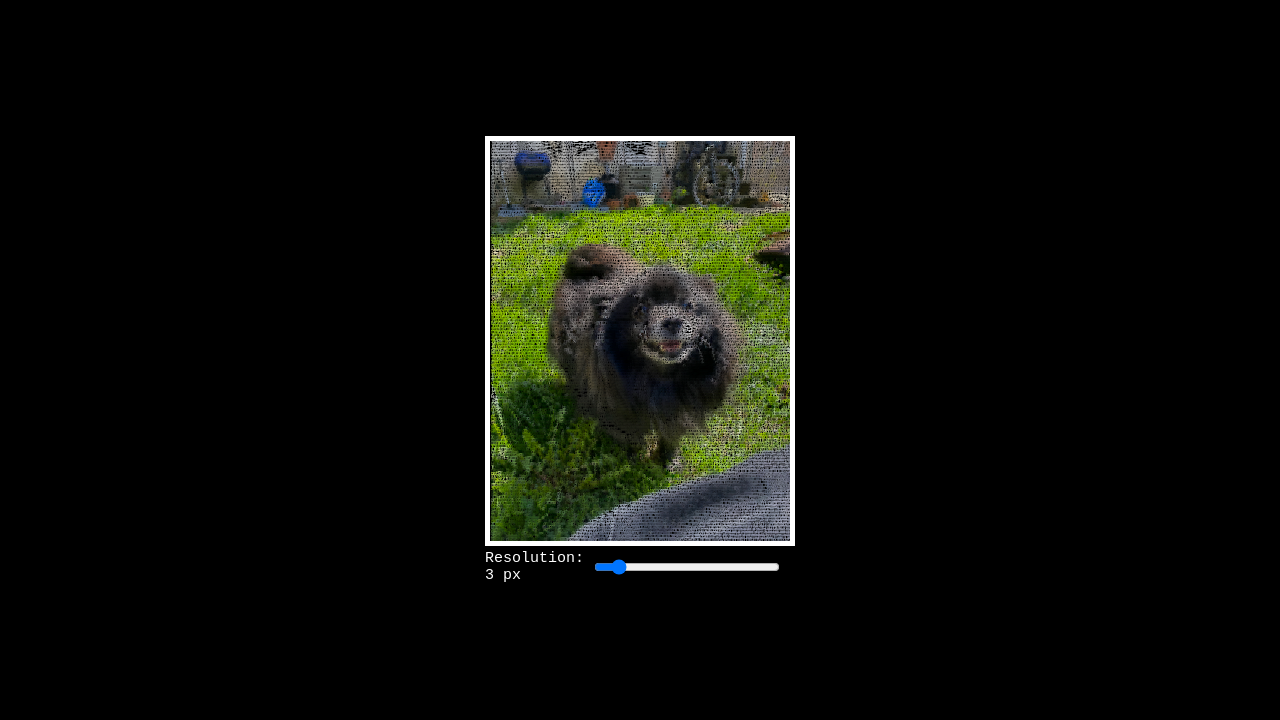
Repository: rosieomusic/ascii-art
Page: index.html
These files come from the project's save history. The page is drawn as it stood at one moment and after the next save; the edit follows.
The browser window is 1280 px wide. The pictures show the whole page.

Above is the page before, as saved 2025-04-16 19:03:50.

After the next save:
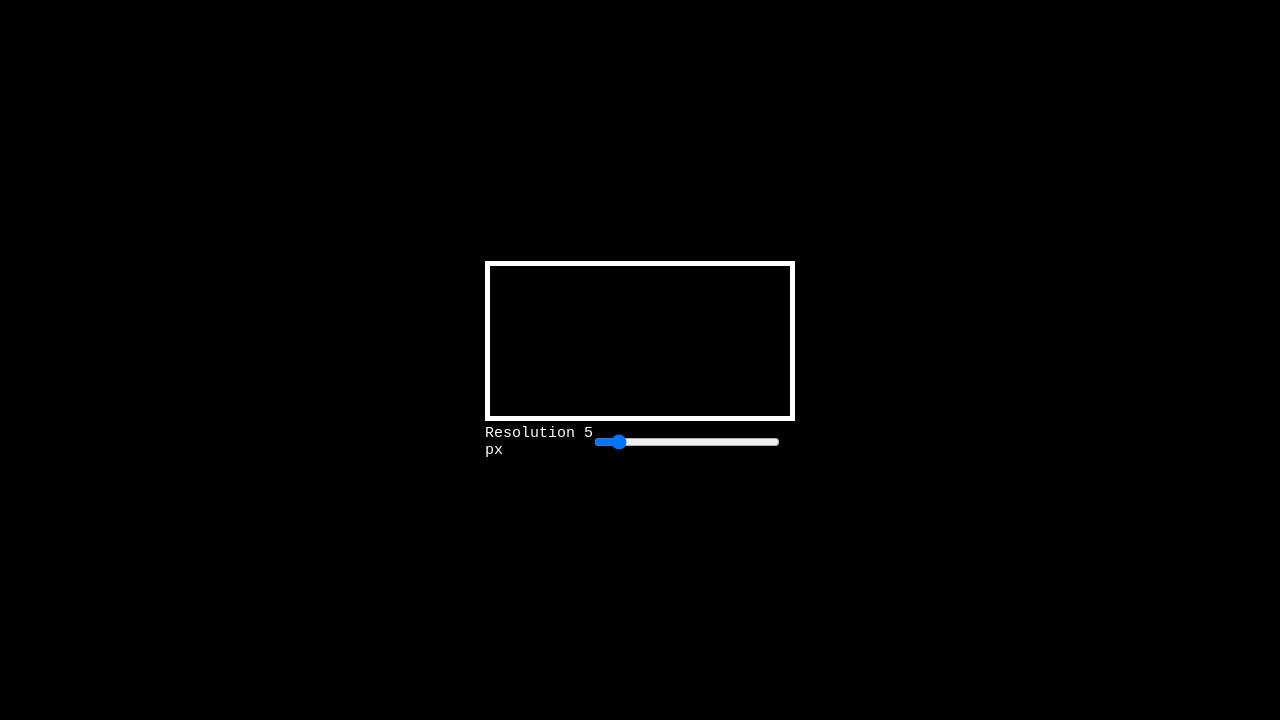
Not found: img/touchedupheadshot2.png
Saved 108 s later.
--- a/script.js
+++ b/script.js
@@ -4,7 +4,7 @@
 const ctx = canvas.getContext('2d');
 
 const image1 = new Image();
-image1.src = 'img/ivy.png';
+image1.src = 'img/touchedupheadshot2.png';
 inputSlider.addEventListener('change', handleSlider);
 
 class Cell {
@@ -107,7 +107,7 @@
 	canvas.height = image1.height;
 	ctx.drawImage(image1, 0, 0);
 
-	const base64Image = canvas.toDataURL('img/ivy.png');
+	const base64Image = canvas.toDataURL('img/touchedupheadshot2.png');
 	console.log('Base64 image:', base64Image);
 
 	effect = new AsciiEffect(ctx, image1.width, image1.height);

After the save that followed:
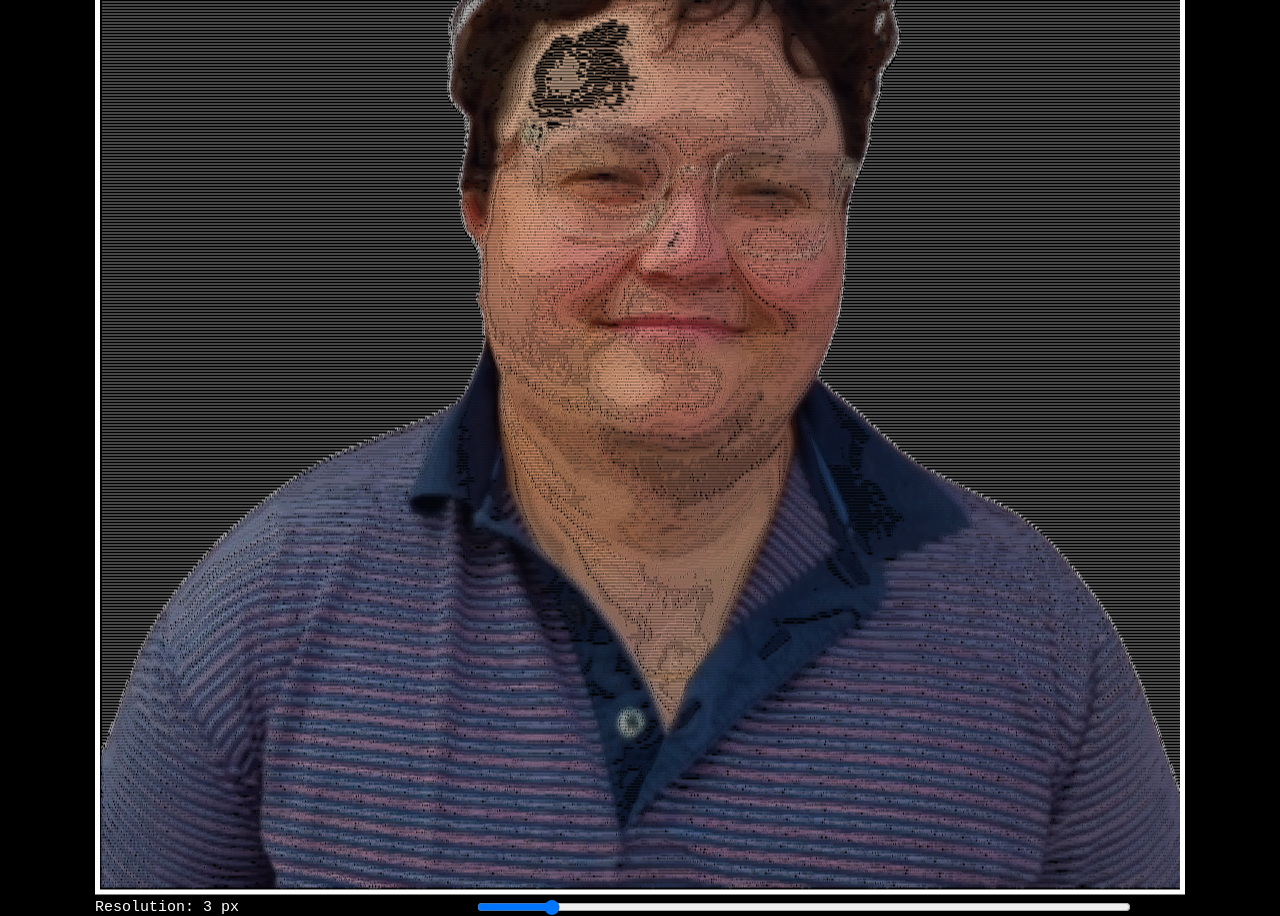
Saved 26 s later.
--- a/script.js
+++ b/script.js
@@ -4,7 +4,7 @@
 const ctx = canvas.getContext('2d');
 
 const image1 = new Image();
-image1.src = 'img/touchedupheadshot2.png';
+image1.src = 'img/touchedupheadshotsun.png';
 inputSlider.addEventListener('change', handleSlider);
 
 class Cell {
@@ -107,7 +107,7 @@
 	canvas.height = image1.height;
 	ctx.drawImage(image1, 0, 0);
 
-	const base64Image = canvas.toDataURL('img/touchedupheadshot2.png');
+	const base64Image = canvas.toDataURL('img/touchedupheadshotsun.png');
 	console.log('Base64 image:', base64Image);
 
 	effect = new AsciiEffect(ctx, image1.width, image1.height);
